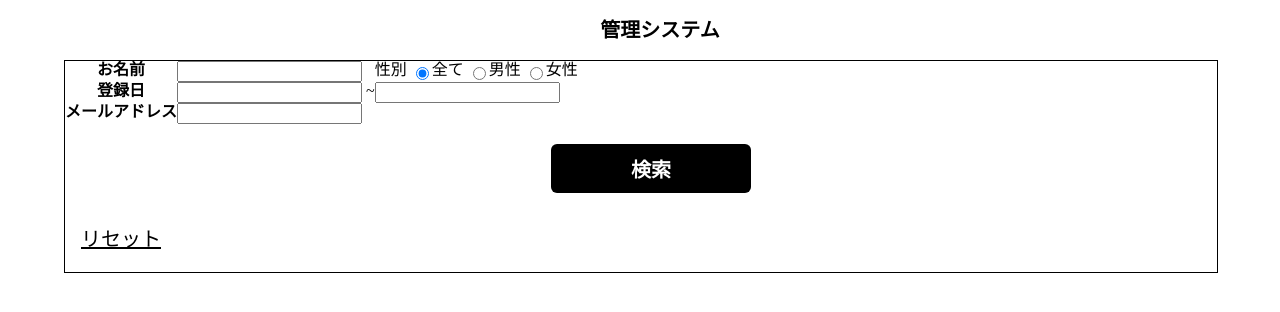
Repository: masanarimiura/20220723_miura_advance_test
Page: http://localhost/manage
These files come from the project's save history. The page is drawn as it stood at one moment and after a run of saves; the edit follows.
The browser window is 1280 px wide. The pictures show the whole page.
The page is served by the project's Laravel application, run on PHP 8.4 with Laravel 8. Other server files are loaded and not shown.

Above is the page before, as saved 2022-07-19 20:24:04.

### routes/web.php
<?php

use Illuminate\Support\Facades\Route;
use App\Http\Controllers\ContactController;


Route::get('/', [ContactController::class, 'index']);
Route::post('/', [ContactController::class, 'input']);
Route::get('/confirm', [ContactController::class, 'retype']);
Route::post('/confirm', [ContactController::class, 'store']);
Route::get('/thanks', [ContactController::class, 'thanks']);
Route::get('/manage', [ContactController::class, 'manage']);

### app/Http/Controllers/ContactController.php
<?php

namespace App\Http\Controllers;

use Illuminate\Http\Request;
use App\Models\Contact;
use App\Http\Requests\ClientRequest;

class ContactController extends Controller
{
    public function index()
    {
        return view('index');
    }

    public function input(ClientRequest $request)
    {
        return view('confirm',$request);
    }

    public function retype(Request $request)
    {
        return redirect('/')->withInput();
    }

    public function store(Request $request)
    {
        // 登録処理
        return view('thanks');
    }

    public function thanks()
    {
        return view('thanks');
    }

    public function manage()
    {
        return view('manage');
    }



    // public function search(Request $request)
    // {
    //     $item = Contact::find($request->input);
    //     $param = [
    //         'item' => $item,
    //         'input' => $request->input
    //     ];
    //     return view('find', $param);
    // }
}

### resources/views/manage.blade.php
<!DOCTYPE html>
<html lang="ja">

<head>
  <meta charset="UTF-8">
  <meta name="viewport" content="width=device-width, initial-scale=1.0">
  <meta http-equiv="X-UA-Compatible" content="ie=edge">
  <title>advance_test</title>
  <style>
    html, body, div, span, object, iframe,
h1, h2, h3, h4, h5, h6, p, blockquote, pre,
abbr, address, cite, code,
del, dfn, em, img, ins, kbd, q, samp,
small, strong, sub, sup, var,
b, i,
dl, dt, dd, ol, ul, li,
fieldset, form, label, legend,
table, caption, tbody, tfoot, thead, tr, th, td,
article, aside, canvas, details, figcaption, figure,
footer, header, hgroup, menu, nav, section, summary,
time, mark, audio, video {
    margin:0;
    padding:0;
    border:0;
    outline:0;
    font-size:100%;
    vertical-align:baseline;
    background:transparent;
}

body {
    line-height:1;
}

article,aside,details,figcaption,figure,
footer,header,hgroup,menu,nav,section {
    display:block;
}

nav ul {
    list-style:none;
}

blockquote, q {
    quotes:none;
}

blockquote:before, blockquote:after,
q:before, q:after {
    content:'';
    content:none;
}

a {
    margin:0;
    padding:0;
    font-size:100%;
    vertical-align:baseline;
    background:transparent;
}

/* change colours to suit your needs */
ins {
    background-color:#ff9;
    color:#000;
    text-decoration:none;
}

/* change colours to suit your needs */
mark {
    background-color:#ff9;
    color:#000;
    font-style:italic;
    font-weight:bold;
}

del {
    text-decoration: line-through;
}

abbr[title], dfn[title] {
    border-bottom:1px dotted;
    cursor:help;
}

table {
    border-collapse:collapse;
    border-spacing:0;
}

/* change border colour to suit your needs */
hr {
    display:block;
    height:1px;
    border:0;
    border-top:1px solid #cccccc;
    margin:1em 0;
    padding:0;
}

input, select {
    vertical-align:middle;
}
/* ここまでreset.css */
.manage {
  width:90%;
  margin: 0 auto;
}
.manage h2{
  text-align:center;
  padding: 20px;
  font-size:20px;
  width: 100%;
}
.system {
  width:100%;
  border:solid 1px black;
}
.search-gender p {
  display: inline;
}




.submit-box {
  text-align:center;
  padding: 10px;
  font-size:20px;
  width: 100%;
}
.submit-btn{
  border-radius: 6px;
  margin: 10px auto 0;
  padding-top: 10px;
  padding-bottom: 10px;
  width: 200px;
  display: block;
  background: black;
  color: #fff;
  font-weight: bold;
  font-size: 20px;
  border: none;
  cursor: pointer;
}
.return-btn{
  border: none;
  margin: ０px auto 0;
  padding-top: 10px;
  padding-bottom: 10px;
  display: block;
  background: #fff;
  color: black;
  font-size: 20px;
  text-decoration:underline;
  cursor: pointer;
}






.show-data {
  width:100%;
}
  </style>
</head>

<body>
  <div class="manage">
    <h2>管理システム</h2>
    <div class="system">
      <form action="">
        <table>
          @csrf
          <tr>
            <th>お名前</th>
            <td>
              <input type="text" name="full_name-search" value="" >
            </td>
            <td class="search-gender">
              <p>性別</p>
              <input type="radio" name="gender" value="全て" checked class="check-box">全て
              <input type="radio" name="gender" value="男性" class="check-box">男性
              <input type="radio" name="gender" value="女性" class="check-box">女性
            </td>
          </tr>
          <tr>
            <th>登録日</th>
            <td>
              <input type="text" name="begin-search-date" value="" >
              <span>~</span>
            </td>
            <td>
              <input type="text" name="end-search-date" value="" >
            </td>
          </tr>
          <tr>
            <th>メールアドレス</th>
            <td>
              <input type="text" name="email-search" value="" >
            </td>
          </tr>
        </table>
        <div class="submit-box">
          <button type="submit" class="submit-btn">検索</button>
        </div>
        <div class="submit-box">
          <button type="submit" formmethod="get" class="return-btn">リセット</button>
        </div>
      </form>
    </div>


    <div class="show-data">
    </div>
  </div>
</body>
</html>

<script>

</script>

Loaded but not shown: app/Providers/AppServiceProvider.php (common file); app/Http/Controllers/Controller.php (common file)

After the next 3 saves:
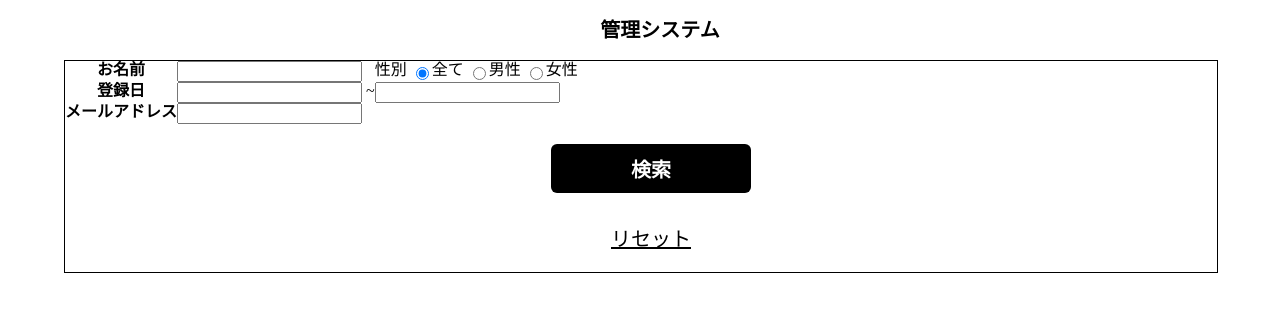
The 3 saves are shown as one change because they came seconds apart.
The last was saved 12 s later.
--- a/resources/views/manage.blade.php
+++ b/resources/views/manage.blade.php
@@ -145,7 +145,7 @@ input, select {
 }
 .return-btn{
   border: none;
-  margin: ０px auto 0;
+  margin: 0 auto;
   padding-top: 10px;
   padding-bottom: 10px;
   display: block;
